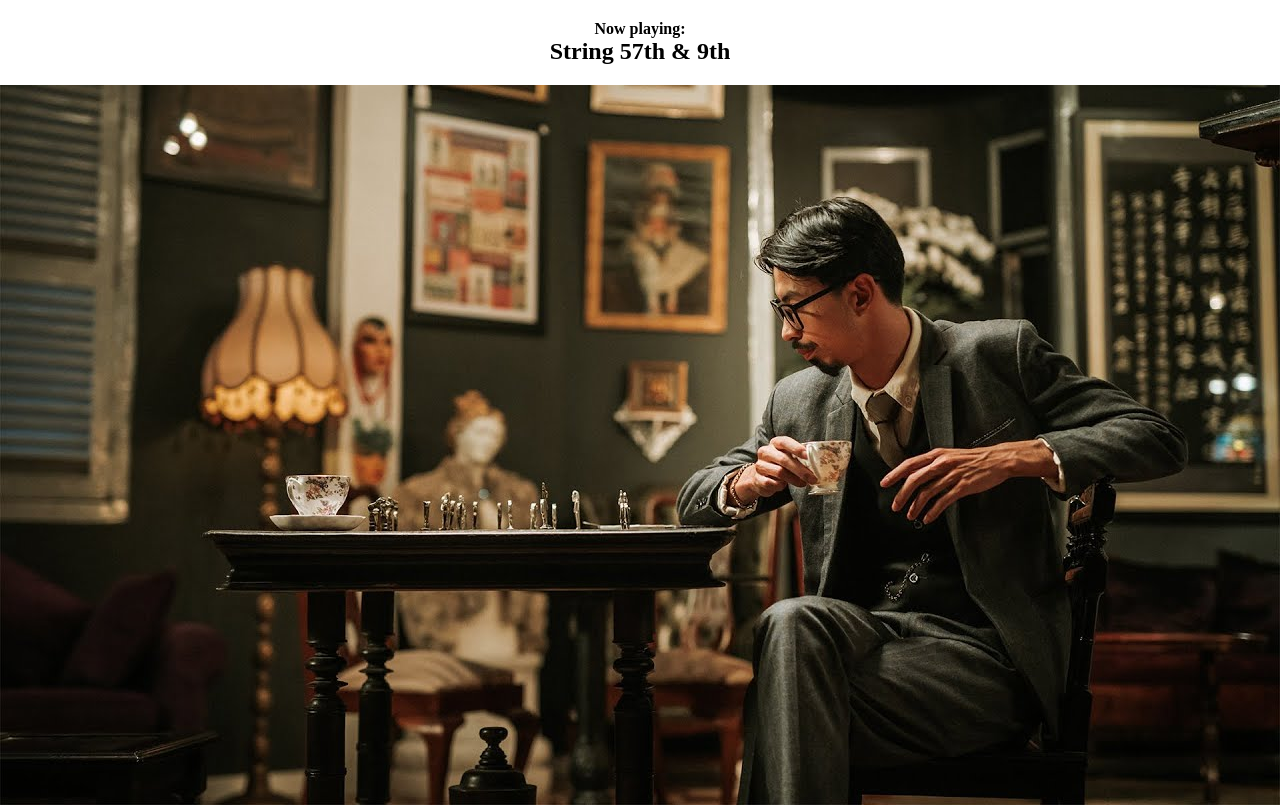
Repository: dovanthao2404/AppMusicPlayer
Page: index.html
The author's editor kept a copy of each file at every save. The page is drawn from the files as they stood at one save, then again after the next save.
The browser window is 1280 px wide. The pictures show the whole page.

Above is the page before, as saved 2021-06-28 01:58:28.

### index.html
<!DOCTYPE html>
<html lang="en">

<head>
  <meta charset="UTF-8">
  <meta http-equiv="X-UA-Compatible" content="IE=edge">
  <meta name="viewport" content="width=device-width, initial-scale=1.0">
  <title>Music</title>
  <!-- FONTAWESOME -->
  <link rel="stylesheet" href="https://cdnjs.cloudflare.com/ajax/libs/font-awesome/5.15.3/css/all.min.css"
    integrity="sha512-iBBXm8fW90+nuLcSKlbmrPcLa0OT92xO1BIsZ+ywDWZCvqsWgccV3gFoRBv0z+8dLJgyAHIhR35VZc2oM/gI1w=="
    crossorigin="anonymous" referrerpolicy="no-referrer" />
  <!-- MAIN CSS -->
  <link rel="stylesheet" href="./css/app.css">
</head>

<body>
  <div class="player">
    <div class="dashboards">
      <!-- HEADER -->
      <header>
        <h4>Now playing:</h4>
        <h2>String 57th & 9th</h2>
      </header>

      <!-- CD -->
      <div id="cd" class="cd">
        <div class="thumb">
          <img src="./img/loinho.jpg" alt="">
        </div>
      </div>

      <!-- CONTROL -->
      <div class="controls" class="controls"></div>

      <!-- PROGRESS -->
      <div id="progress" class="progress"></div>

      <!-- AUDIO -->
      <audio id="audio" src=""></audio>

      <!-- PLAY LIST -->
      <div class="playlist">

      </div>
    </div>
  </div>
  <script src="./js/app.js"></script>
</body>

</html>

### css/app.css
/* GLOBAL */
* {
  padding: 0;
  margin: 0;
  box-sizing: border-box;
}
/* PLAYER */
.dashboards {
}
header {
  text-align: center;
  margin: 20px 0;
}

Loaded but not shown: js/app.js (no stored copy; drawn as an empty file)

After the next save:
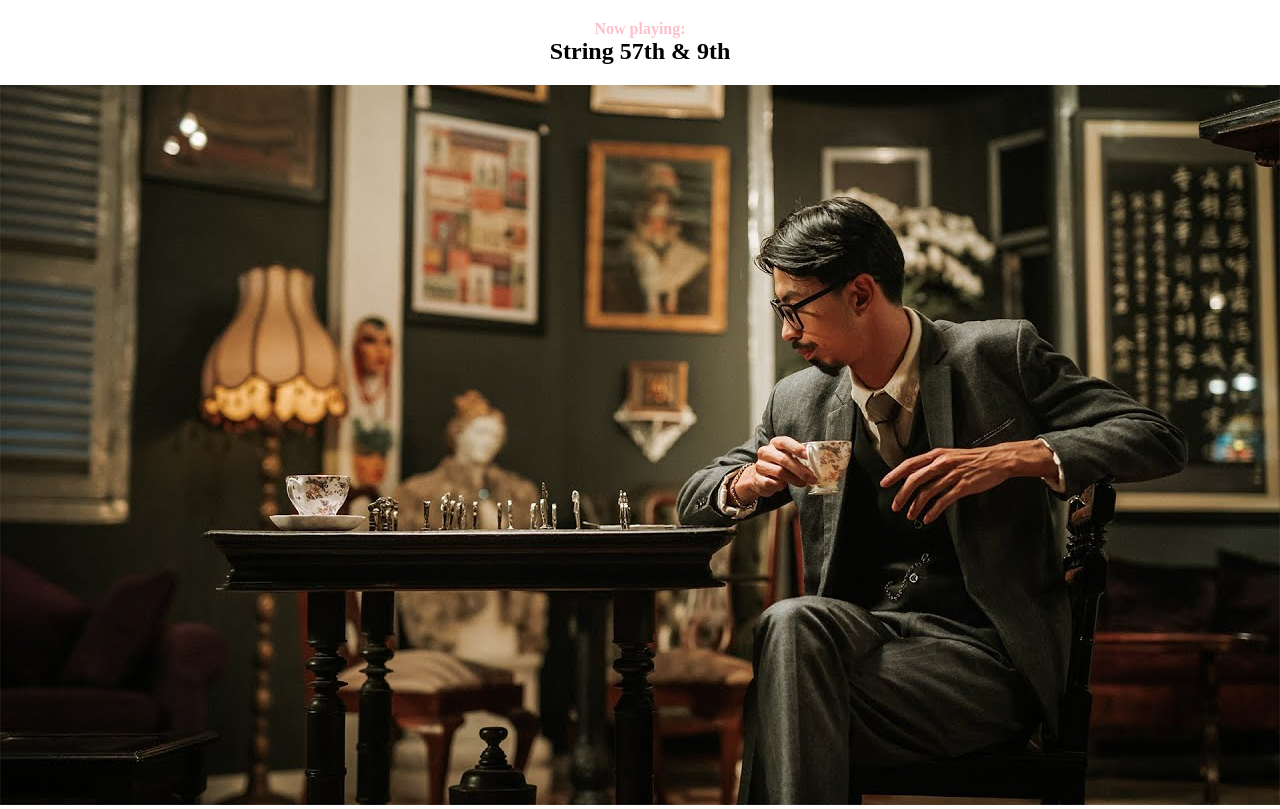
Saved 18 s later.
--- a/css/app.css
+++ b/css/app.css
@@ -11,3 +11,6 @@ header {
   text-align: center;
   margin: 20px 0;
 }
+header h4 {
+  color: pink;
+}
